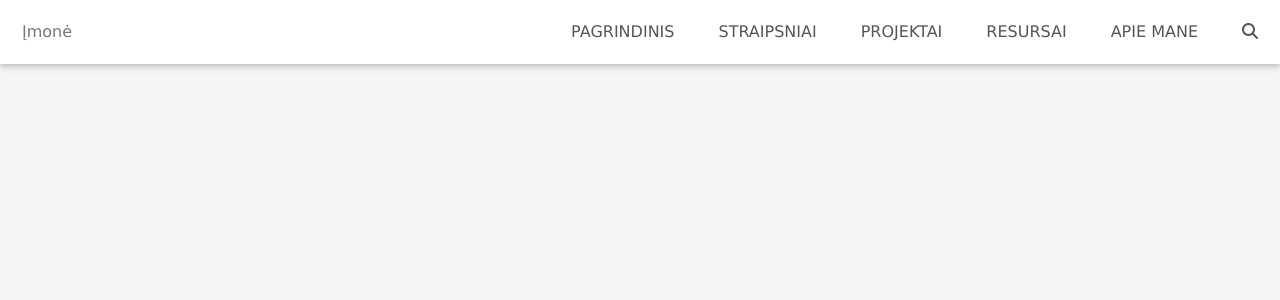
Repository: motiejus1/14-paskaita-05.31
Page: index.html
The author's editor kept a copy of each file at every save. The page is drawn from the files as they stood at one save, then again after a run of saves.
The browser window is 1280 px wide. The pictures show the whole page.
Some web libraries are served in a nearby version.

Above is the page before, as saved 2021-06-23 19:01:07.

### index.html
<!DOCTYPE html>
<html lang="en">
<head>
    <meta charset="UTF-8">
    <meta http-equiv="X-UA-Compatible" content="IE=edge">
    <meta name="viewport" content="width=device-width, initial-scale=1.0">
    <title>14 paskaita</title>

    <link rel="stylesheet" href="http://maxcdn.bootstrapcdn.com/font-awesome/latest/css/font-awesome.min.css">
    <style>
        html {
            font-size: 16px;
        }

        body {
            max-width: 1920px;
            margin: 0 auto;
            font-family: Verdana, Arial, sans-serif;
            line-height: 1.25rem;
            color:#333;
            background-color: #f5f5f5;
        }

        .container {
            width: 100%;
            margin: auto;
        }

        a {
            text-decoration: none;
            transition: all 0.3s ease;
        }

        .area {
            display: flex;
            /* flex-direction:row; */
            /* flex-wrap: wrap; */

            flex-flow: row wrap;
            align-items: stretch;
            justify-content: space-between;
            margin-left: auto;
        }

        .navbar-component {
            background-color: white;
            box-shadow: 0 2px 5px rgba(0,0,0,0.16), 0 2px 10px rgba(0,0,0,0.12);
        }

        .brand {
            display:block;
            font-size: 1rem;
            color: #777;
            margin: 1.375rem;
        }

        .list {
            display:flex;
        }

        .item {
            display: block;
            height: 4rem;
            line-height: 4rem;
            padding-left: 1.375rem;
            padding-right: 1.375rem;
            text-transform: uppercase;
            color: #555;
            font-size:
        }


    </style>
</head>
<body>
    <div class="container">
        <div class="navbar-component">
            <div class="navbar area">
                <a href="#" class="brand">Įmonė</a>

                <nav id="navigation" class="list">
                    <a href="#" class="item -link">Pagrindinis</a>
                    <a href="#" class="item -link" >Straipsniai</a>
                    <a href="#" class="item -link">Projektai</a>
                    <a href="#"class="item -link">Resursai</a>
                    <a href="#" class="item -link">Apie mane</a>
                    <span class="item">
                        <i class="fa fa-search"></i>
                    </span>
                </nav>

            </div>

        </div>
    </div>

</body>
</html>

After the next 2 saves:
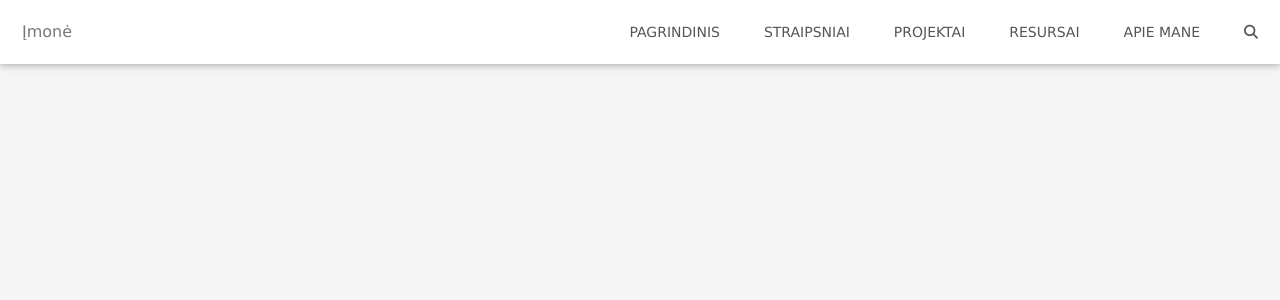
The 2 saves are shown as one change because they came seconds apart.
The last was saved 6 s later.
--- a/index.html
+++ b/index.html
@@ -66,7 +66,7 @@
             padding-right: 1.375rem;
             text-transform: uppercase;
             color: #555;
-            font-size:
+            font-size:0.875rem
         }
 
 
